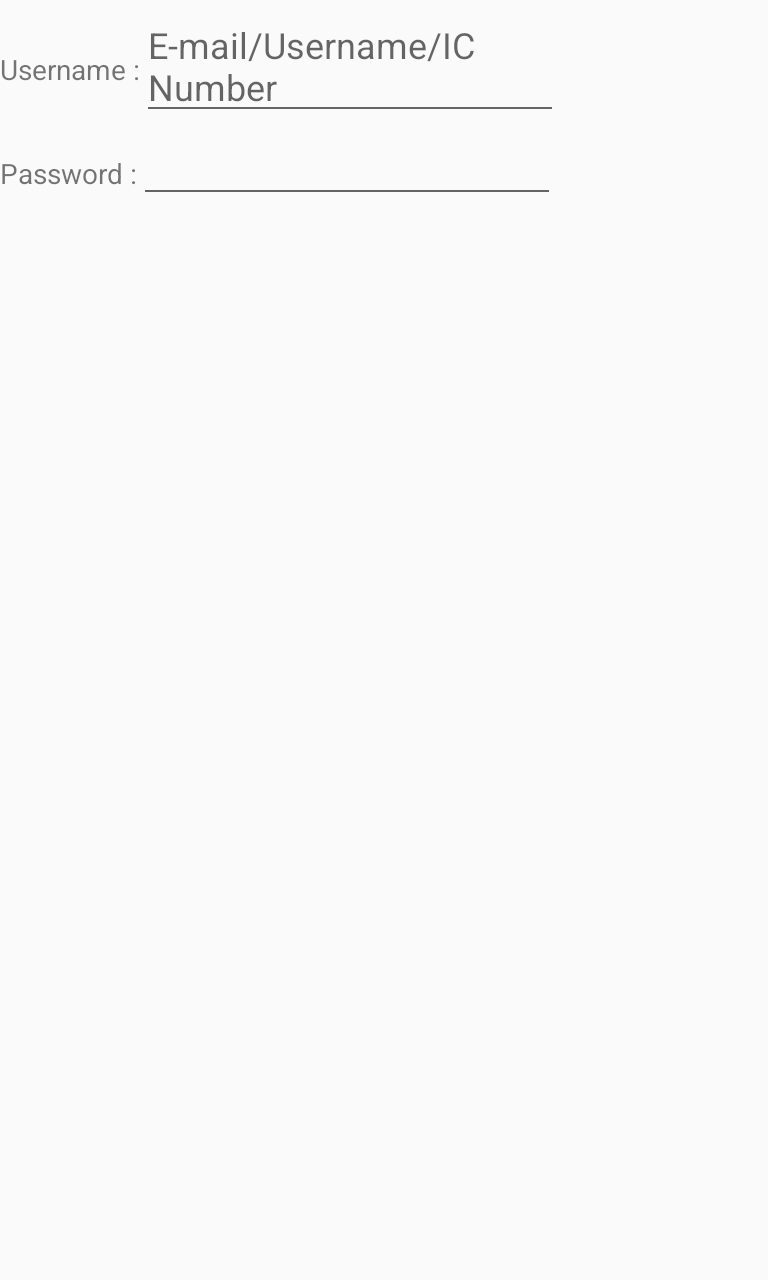
Repository: JodyCoolit/android
Layout: Delivery/res/layout/activity_signup.xml
The author's editor kept a copy of each file at every save. The layout is drawn from the files as they stood at one save, then again after the next save.
It is drawn on a 768 x 1280 px phone screen (xhdpi) without system bars, with theme AppTheme; the app's code is not run.

Above is the layout before, as saved 2014-08-22 01:50:16.

After the next save:
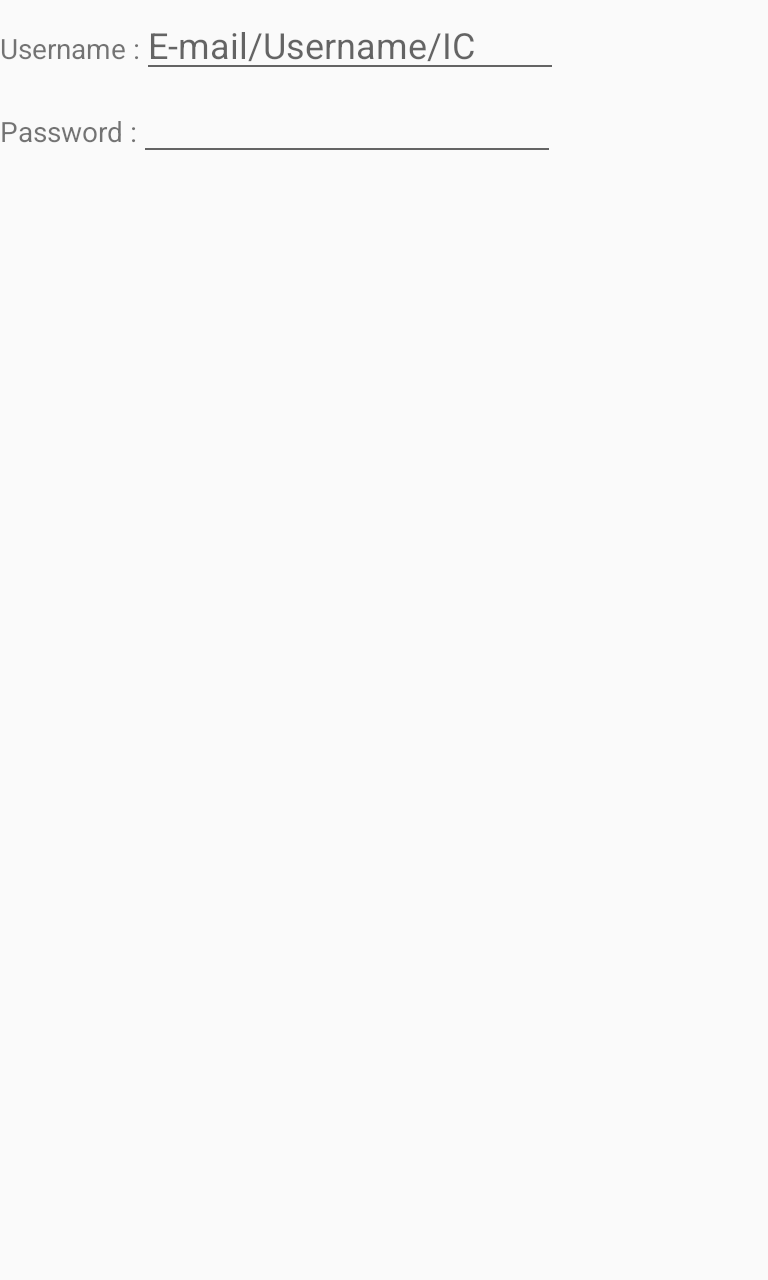
Saved 65 s later.
--- a/Delivery/res/layout/activity_signup.xml
+++ b/Delivery/res/layout/activity_signup.xml
@@ -18,7 +18,7 @@
         android:layout_width="wrap_content"
         android:layout_height="wrap_content"
         android:ems="10"
-        android:hint="E-mail/Username/IC Number">
+        android:hint="E-mail/Username/IC">
     </EditText>
 	</LinearLayout>
 
